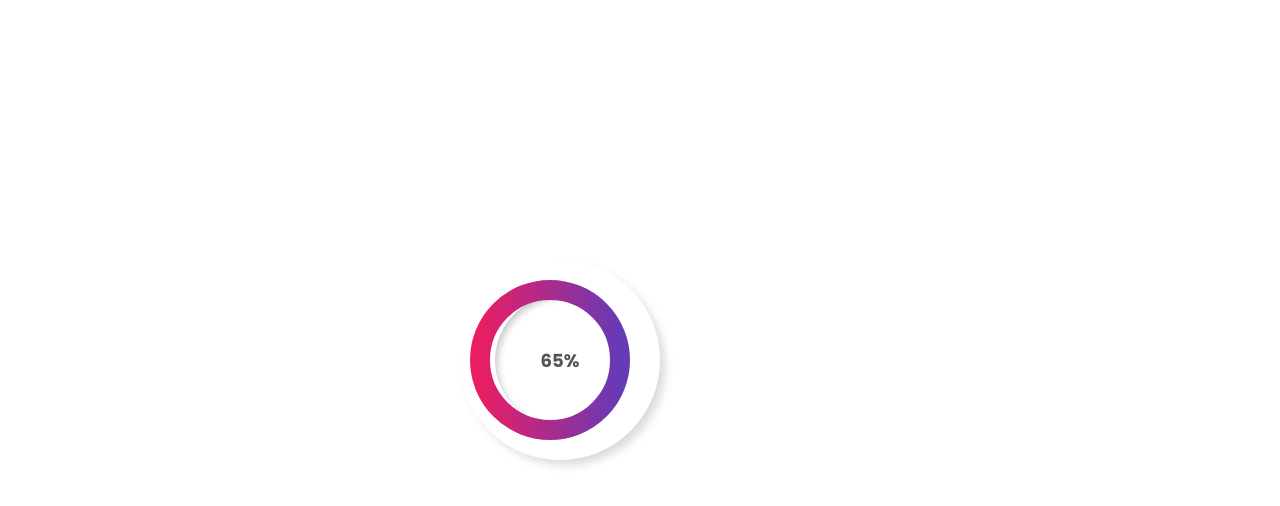
Repository: Ankitkr2021/Loader-Spinner
Page: index.html
An editor plug-in stored every save of this project. The page is shown before and after the next save, followed by the edit.
The browser window is 1280 px wide. The pictures show the whole page.

Above is the page before, as saved 2025-10-21 13:24:27.

### index.html
<!DOCTYPE html>
<html lang="en">
<head>
    <meta charset="UTF-8">
    <meta name="viewport" content="width=device-width, initial-scale=1.0">
    <title>Progress bar</title>
    <link rel="stylesheet" href="./style.css">
</head>
<body>
    <div class="circle">
        <div class="innercircle">
            <div id="number">65%</div>
        </div>
    </div>

    <svg xmlns="http://www.w3.org/2000/svg" version="1.1" width="160px" height="160px">
         <defs>
            <linearGradient id="GradientColor">
               <stop offset="0%" stop-color="#e91e63" />
               <stop offset="100%" stop-color="#673ab7" />
            </linearGradient>
         </defs>
         <circle cx="80" cy="80" r="70" stroke-linecap="round" />
 </svg>
</body>
</html>

### style.css
@import url('https://fonts.googleapis.com/css2?family=Poppins:wght@400;700&display=swap');

*{
    margin: 0;
    padding: 0;
    box-sizing: border-box;
    font-family: "Poppins",sans-serif;
}

body {
    display: flex;
    align-items: center;
    justify-content: center;
    height: 100vh;
    width: 100%;
}

.circle{
    width: 200px;
    height: 200px;
    border-radius: 50%;
    padding: 35px;
    box-shadow: 6px 6px 10px -1px rgba(0,0,0,0.15),
                -6px -6px 10px -1px rgba(255,255,255,0.7);

}


.innercircle {
    width: 130px;
    height: 130px;
    border-radius: 50%;
    box-shadow: inset 4px 4px 6px -1px rgba(0,0,0,0.2),
                inset -4px -4px 6px -1px rgba(255,255,255,0.7), -0.5px -0.5px 0px rgba(255,255,255,1),  0.5px 0.5px 0px rgba(0,0,0,0.15), 0px 12px 10px -10px rgba(0,0,0,0.05);
}

#number {
    /* text-align: /center; */
     display: flex;
    align-items: center;
    justify-content: center;
    height: 100%;
    font-size: 18px;
    font-weight: 600;
    color: #555;
}

circle {
    fill: none;
    stroke: url(#GradientColor);
    stroke-width: 20px;
    stroke-dasharray: 472;
    stroke-dashoffset: 0;
}

svg {
    position: relative;
    right: 190px;
}

After the next save:
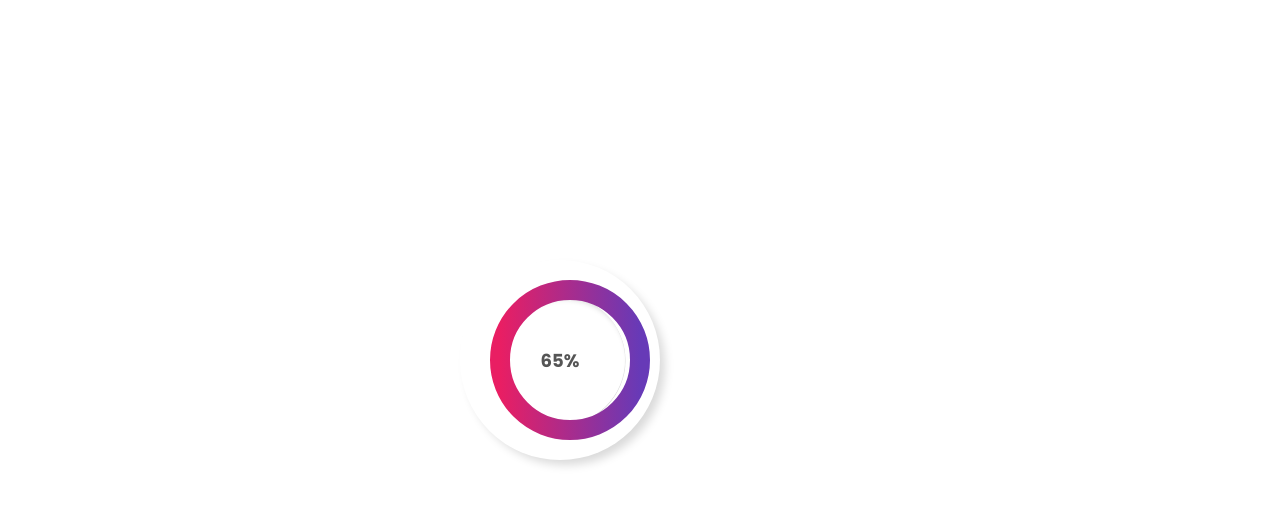
Saved 6 s later.
--- a/style.css
+++ b/style.css
@@ -55,5 +55,5 @@ circle {
 
 svg {
     position: relative;
-    right: 190px;
+    right: 170px;
 }
